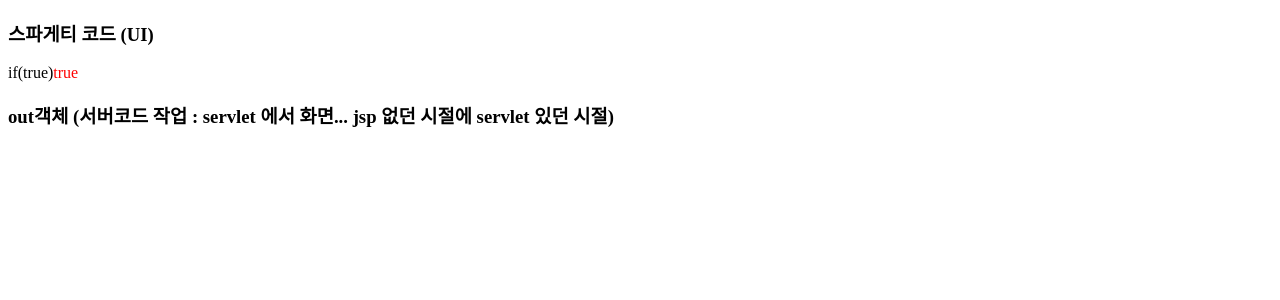
Repository: start-ha/WEB_STUDY_BACKEND
Page: http://localhost/WEBJSP/Ex05_out.jsp
The author's editor kept a copy of each file at every save. The page is drawn from the files as they stood at one save, then again after the next save.
The browser window is 1280 px wide. The pictures show the whole page.
The page is served by Tomcat 10.

Above is the page before, as saved 2025-09-22 02:49:38.

After the next save:
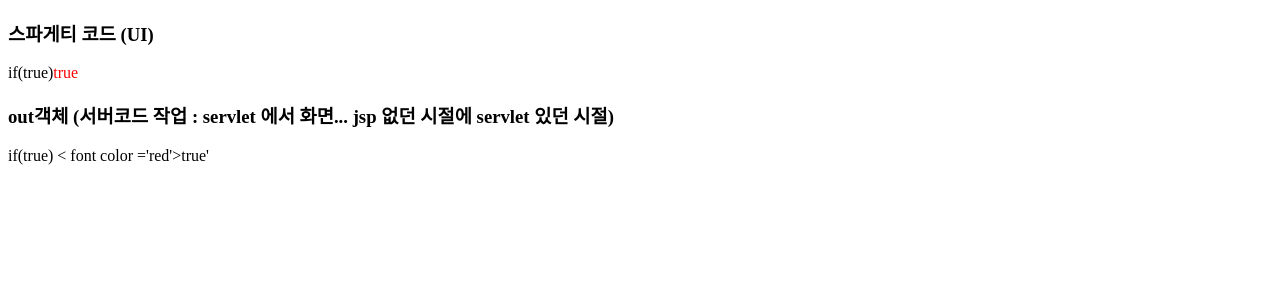
Saved 2 min 43 s later.
--- a/BackEndLabs/WEBJSP/src/main/webapp/Ex05_out.jsp
+++ b/BackEndLabs/WEBJSP/src/main/webapp/Ex05_out.jsp
@@ -40,5 +40,22 @@
 	%>
 
 	<h3>out객체 (서버코드 작업 : servlet 에서 화면... jsp 없던 시절에 servlet 있던 시절)</h3>
+	<%
+		boolean b2 = true;
+		if(10 > 5){
+			out.print("if(true) < font color ='red'>" + b2 + "</font>'");
+		}else{
+			b2 = false;
+			out.print("if(true) < font color ='blue'>" + b2 + "</font>'");
+		}
+
+
+
+	%>
+
+
+
+
+
 </body>
 </html>
